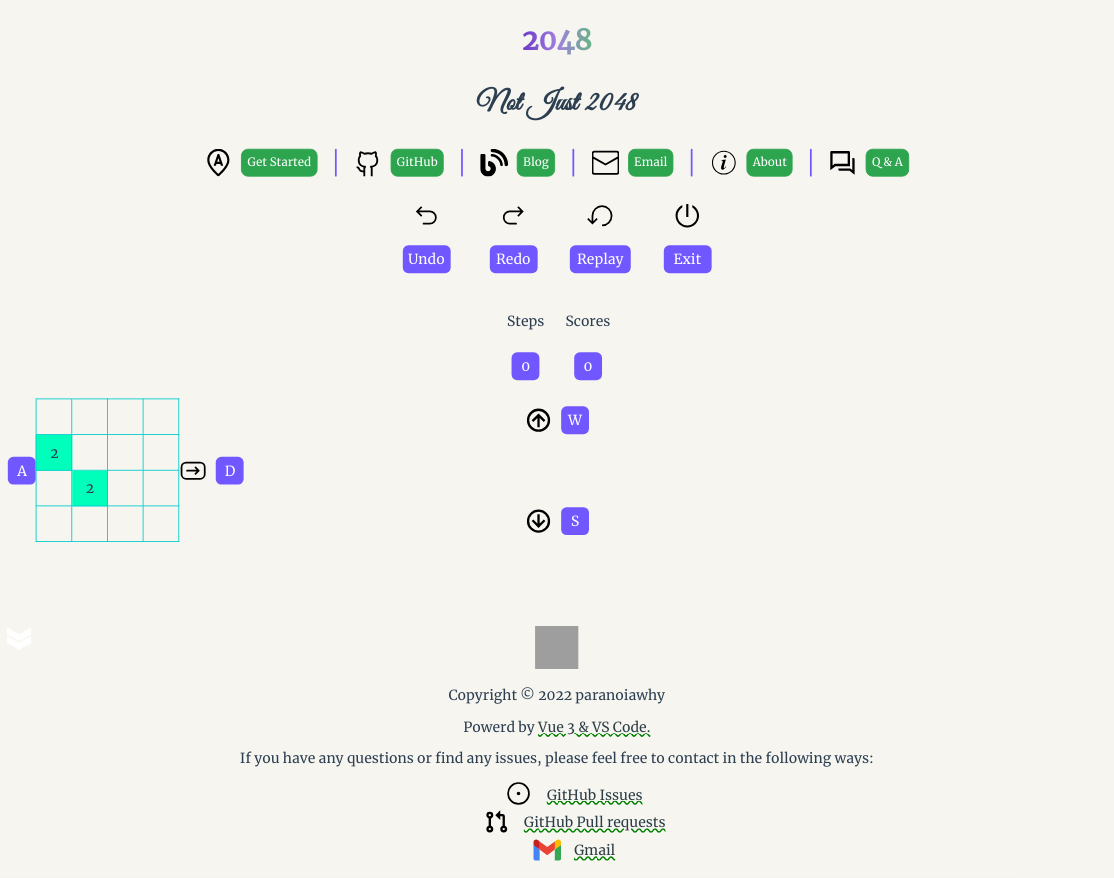
Repository: 321paranoiawhy/2048
Page: /
The author's editor kept a copy of each file at every save. The page is drawn from the files as they stood at one save, then again after the next save.
The browser window is 1280 px wide. The pictures show the whole page, at 87% of full size.
Pictures or frames that could not be fetched are drawn as grey boxes. The project was rebuilt for these pictures with package versions that can differ from the ones it lists, and the page was loaded fresh each time. Also part of the build but not shown: vue.config.js.

Above is the page before, as saved 2022-04-29 20:51:49.

### src/App.vue
<template>
    <router-view />
</template>

<style lang="scss">
// 字体
@font-face {
    font-family: Merriweather-Regular;
    src: url(/src/assets/fonts/Merriweather-Regular.ttf);
}
#app {
    font-family: Merriweather-Regular;
    -webkit-font-smoothing: antialiased;
    -moz-osx-font-smoothing: grayscale;
    text-align: center;
    color: #2c3e50;
}
// 网页背景色 https://manuelmoreale.com/
html {
    background-color: #f6f5f0;
    scroll-behavior: smooth;
}
nav {
    padding: 30px;

    a {
        font-weight: bold;
        color: #2c3e50;

        &.router-link-exact-active {
            color: #42b983;
        }
    }
}
</style>

### src/components/footer.vue
<template>
    <!-- https://www.rapidtables.com/web/html/html-codes/html-code-copyright.html -->
    <!-- &copy; -->
    <!-- &#9400; -->
    <footer>
        <div class="container">
            <div class="chevron"></div>
            <div class="chevron"></div>
            <div class="chevron"></div>
        </div>
        <img
            src="../assets/images/IcRoundKeyboardDoubleArrowDown.svg"
            alt="DoubleArrowDown"
            class="double-arrow-down"
        />
        <p>Copyright &copy; 2022 paranoiawhy</p>
        <p>Powerd by <a>Vue 3 & VS Code.</a></p>
        <p>
            If you have any questions or find any issues, please feel free to
            contact in the following ways:
        </p>
        <ul>
            <li>
                <img src="../assets/images/CodiconIssues.svg" alt="" />
                <a
                    href="https://github.com/321paranoiawhy/2048-Vue/issues"
                    target="_blank"
                    >GitHub Issues
                </a>
            </li>
            <li>
                <img src="../assets/images/MdiSourcePull.svg" alt="" />
                <a
                    href="https://github.com/321paranoiawhy/2048-Vue/pulls"
                    target="_blank"
                    >GitHub Pull requests
                </a>
            </li>
            <li>
                <img src="../assets/images/LogosGoogleGmail.svg" alt="" />
                <a href="mailto:paranoiawhy@gmail.com">Gmail</a>
            </li>
        </ul>
    </footer>
</template>

<script>
export default {
    name: "Footer",
};
</script>

<style lang="scss">
// 定义图标尺寸
$width-height: 32px;
// 文字波浪下划线 https://developer.mozilla.org/zh-CN/docs/Web/CSS/text-decoration
footer a {
    text-decoration: green wavy underline;
    color: #2c3e45;
}
footer {
    margin-top: 80px;
    & .double-arrow-down {
        width: 50px;
        height: 50px;
    }
    & ul {
        width: fit-content;
        margin-left: auto;
        margin-right: auto;
        & li {
            display: flex;
            justify-content: center;
            align-items: center;
            & img {
                width: $width-height;
                height: $width-height;
                margin-right: 15px;
            }
        }
    }
}
.container {
    position: relative;
    width: 24px;
    height: 24px;
}

.chevron {
    position: absolute;
    width: 28px;
    height: 8px;
    opacity: 0;
    transform: scale3d(0.5, 0.5, 0.5);
    animation: move 3s ease-out infinite;
}

.chevron:first-child {
    animation: move 3s ease-out 1s infinite;
}

.chevron:nth-child(2) {
    animation: move 3s ease-out 2s infinite;
}

.chevron:before,
.chevron:after {
    content: " ";
    position: absolute;
    top: 0;
    height: 100%;
    width: 51%;
    background: #fff;
}

.chevron:before {
    left: 0;
    transform: skew(0deg, 30deg);
}

.chevron:after {
    right: 0;
    width: 50%;
    transform: skew(0deg, -30deg);
}

@keyframes move {
    25% {
        opacity: 1;
    }
    33% {
        opacity: 1;
        transform: translateY(30px);
    }
    67% {
        opacity: 1;
        transform: translateY(40px);
    }
    100% {
        opacity: 0;
        transform: translateY(55px) scale3d(0.5, 0.5, 0.5);
    }
}
</style>

Loaded but not shown: public/index.html (common file); src/main.js (common file); src/store/index.js (common file); src/router/index.js (41 lines, source omitted); src/views/HomeView.vue (1187 lines, source omitted)

After the next save:
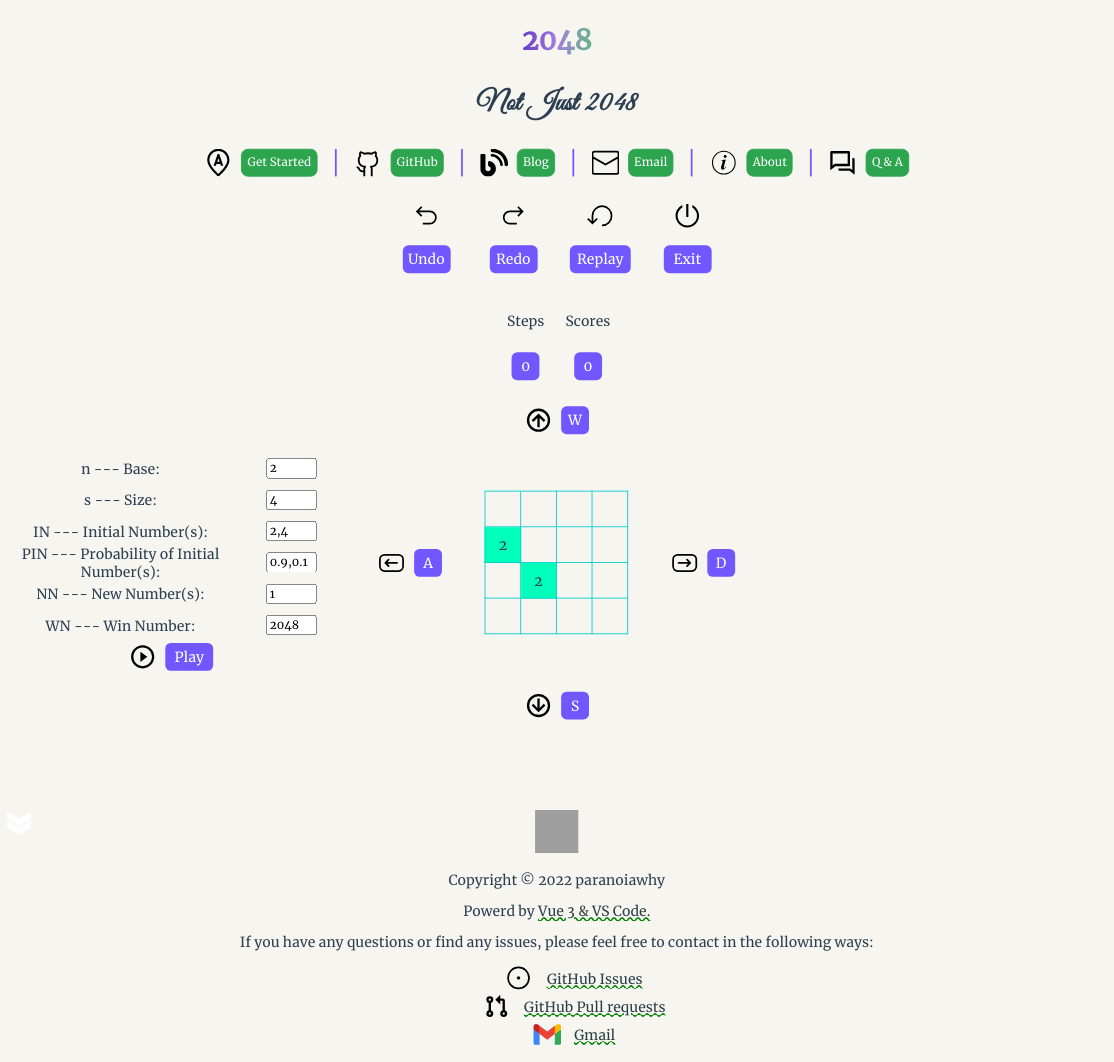
Saved 64 s later.
--- a/src/components/footer.vue
+++ b/src/components/footer.vue
@@ -79,11 +79,11 @@ footer {
             }
         }
     }
-}
-.container {
-    position: relative;
-    width: 24px;
-    height: 24px;
+    & .container {
+        position: relative;
+        width: 24px;
+        height: 24px;
+    }
 }
 
 .chevron {
